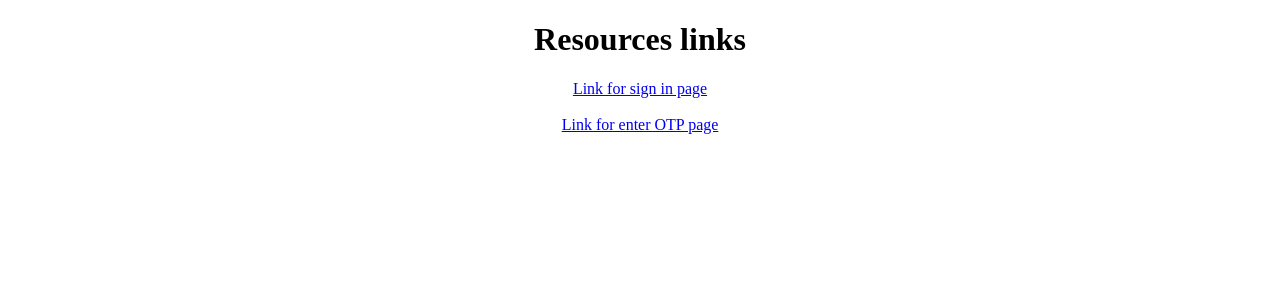
Repository: chetanmelavanki/project
Page: http://localhost/vaccine-app/
These files come from the project's save history. The page is drawn as it stood at one moment and after the next save; the edit follows.
The browser window is 1280 px wide. The pictures show the whole page.
The page is served by Tomcat 9.

Above is the page before, as saved 2022-08-14 07:01:12.

After the next save:
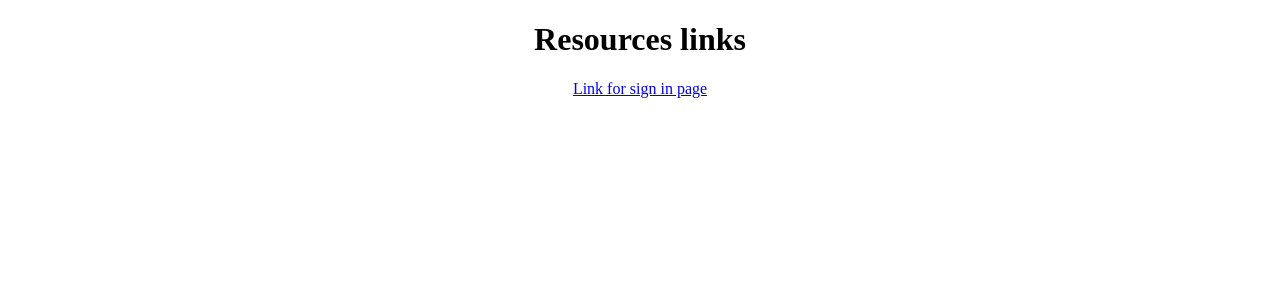
Saved 20 s later.
--- a/vaccine-app/src/main/webapp/Homepage.jsp
+++ b/vaccine-app/src/main/webapp/Homepage.jsp
@@ -12,8 +12,7 @@ body {
 <body>
 	<h1>Resources links</h1>
 	<a href="http://localhost:8080/vaccine-app/getVaccine.vaccine">Link for sign in page</a>
-	<br><br>
-	<a href="http://localhost:8080/vaccine-app/enterVaccineOTP.vaccine">Link for enter OTP page</a>
+
 
 </body>
 </head>
